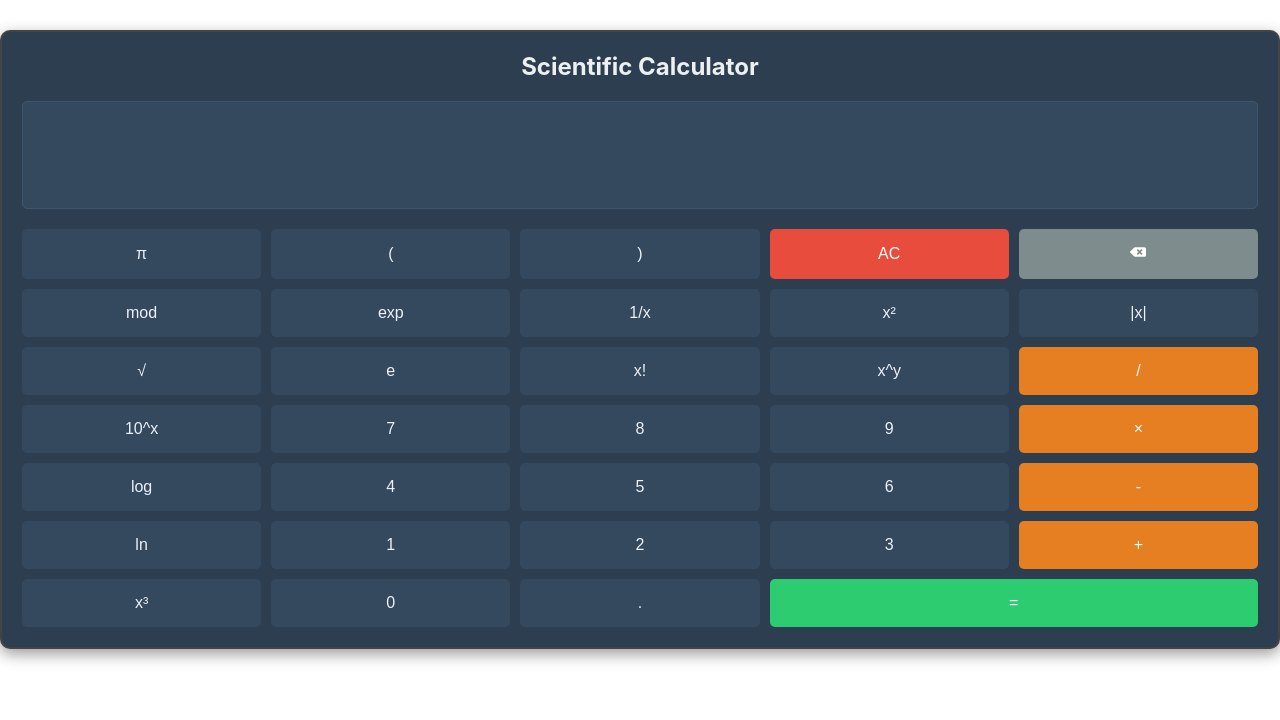
Repository: thesaherriaz/Calculator-React
Page: /
An editor plug-in stored every save of this project. The page is shown before and after a run of saves, followed by the edit.
The browser window is 1280 px wide. The pictures show the whole page.
The project was rebuilt for these pictures with package versions that can differ from the ones it lists, and the page was loaded fresh each time.

Above is the page before, as saved 2025-06-20 12:55:19.

After the next 2 saves:
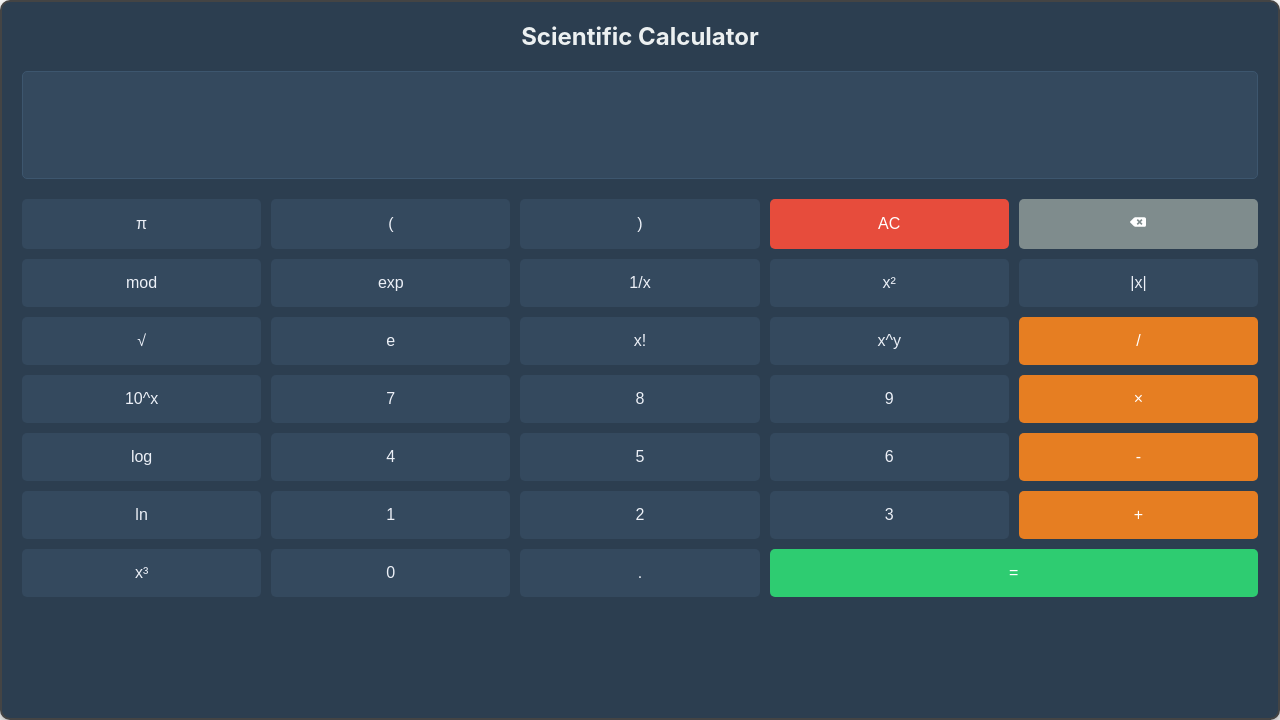
The 2 saves are shown as one change because they came seconds apart.
The last was saved 10 s later.
--- a/src/compnents/Calculator.css
+++ b/src/compnents/Calculator.css
@@ -5,7 +5,8 @@
 }
 .calculator {
     width: 100%;
-    margin: 30px auto 0px auto;
+    height: 100vh;
+    /* margin: 30px auto 0px auto; */
     border: 2px solid #444;
     border-radius: 10px;
     padding: 20px;
